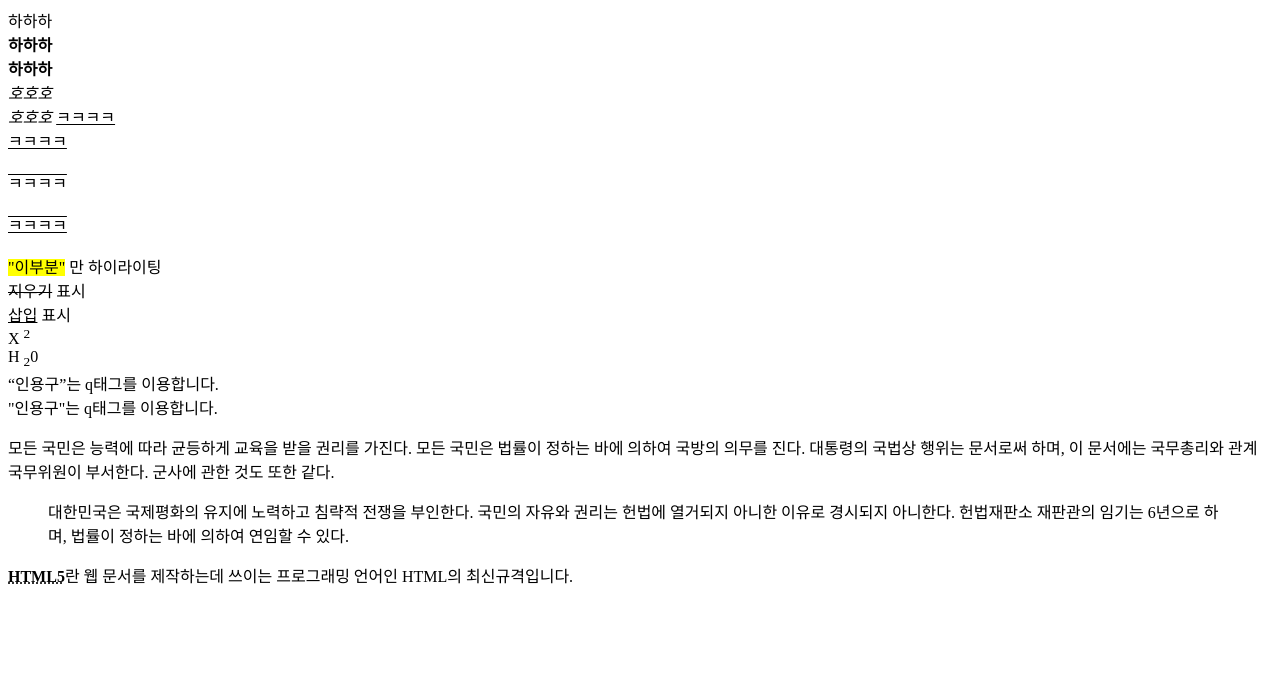
Repository: AkaKSR/Java_Convergence_New
Page: HTML0826/WebContent/Ex06.html
The author's editor kept a copy of each file at every save. The page is drawn from the files as they stood at one save, then again after the next save.
The browser window is 1280 px wide. The pictures show the whole page.

Above is the page before, as saved 2019-08-26 07:45:52.

After the next save:
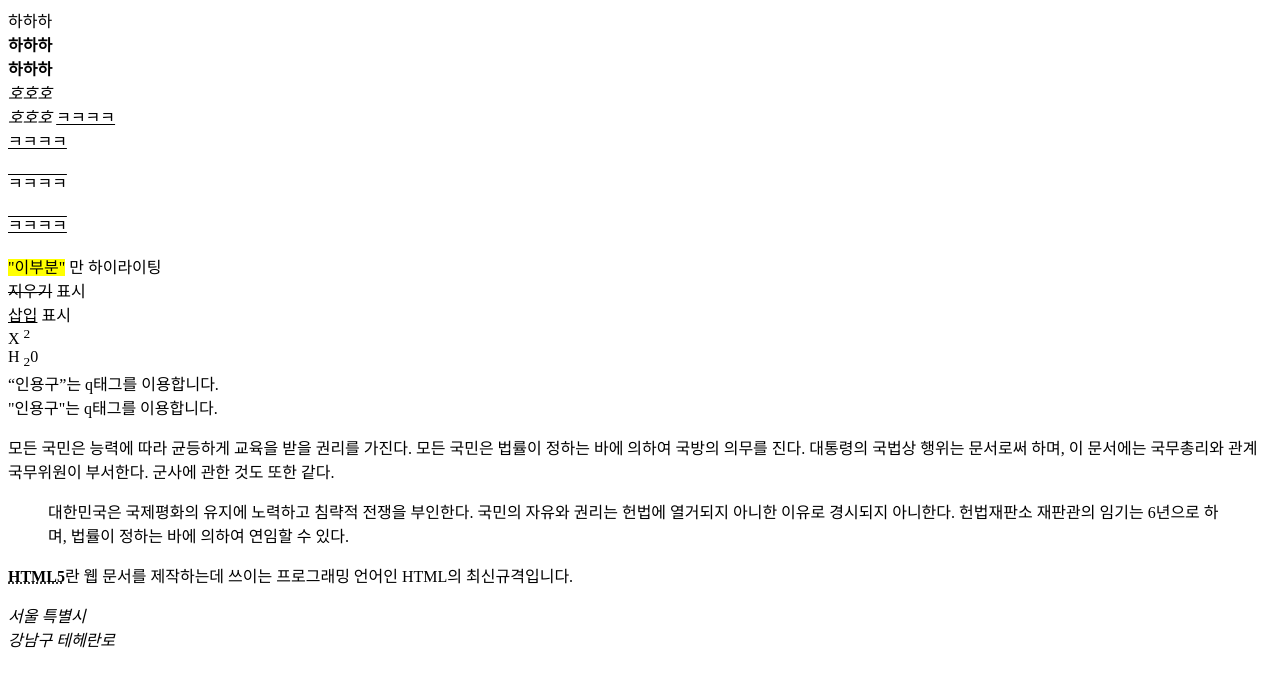
Saved 65 s later.
--- a/HTML0826/WebContent/Ex06.html
+++ b/HTML0826/WebContent/Ex06.html
@@ -59,6 +59,10 @@
 		웹 문서를 제작하는데 쓰이는 프로그래밍 언어인 HTML의 최신규격입니다.
 	</p>
 	<!-- title 속성은 풍선 도움말 표시 -->
+	<address>
+	서울 특별시<br>
+	강남구 테헤란로
+	</address>
 
 </body>
 </html>
